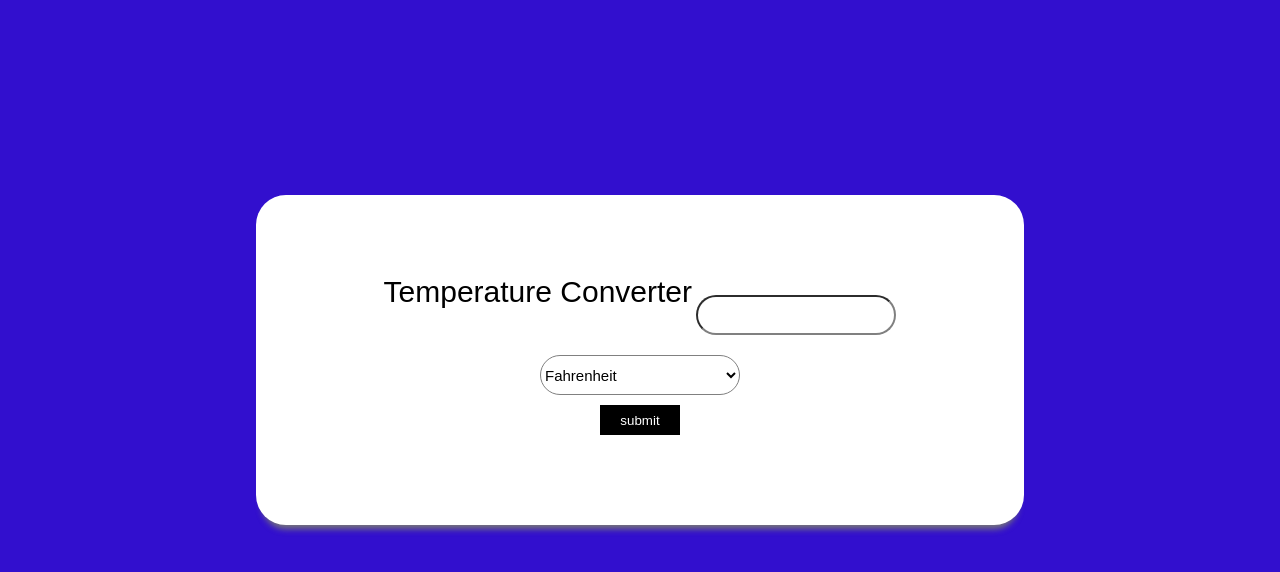
Repository: Mayur2905/OIBSIP
Page: Task-4/index.html
An editor plug-in stored every save of this project. The page is shown before and after the next save, followed by the edit.
The browser window is 1280 px wide. The pictures show the whole page.

Above is the page before, as saved 2022-02-03 23:27:32.

### Task-4/index.html
<!DOCTYPE html>
<html lang="en">
<head>
    <meta charset="UTF-8">
    <meta http-equiv="X-UA-Compatible" content="IE=edge">
    <meta name="viewport" content="width=device-width, initial-scale=1.0">
    <title>Document</title>
    <link rel="stylesheet" href="style.css">
</head>
<body>
    <script type="text/javascript">
        function convert(){
            const temp = document.getElementById('temp').value;
            const ty = document.getElementById('type').value;
            if(ty == 'fah' )
            {
                var f = (temp*1.8)+32;
                document.getElementById('result').innerHTML=`= ${f}°Fahrenheit`;
            }
            else{
                var f= (temp*1) + 273.15;
                document.getElementById('result').innerHTML=`= ${f}°Kelvin`;
            }


        }
    </script>
    <form id="tempCalc" onsubmit="convert(); return false">
        <label for="temp">Temperature Converter</label>
        <input type="text" name="temp" id="temp">
        <select name="temp_diff" id="type">
            <option value="fah">Fahrenheit</option>
            <option value="Kel">Kelvin</option>
        </select><br/>
        <input id="btn" type="submit" value="submit" name="temp">
        <div id="result"></div>
    </form>
</body>
</html>

### Task-4/style.css
* {
  margin: 0;
  padding: 0;
  box-sizing: border-box;
  font-family: "Mulish", sans-serif;
}

body {
  width: 100vw;
  height: 100vh;
  background-color: #320fce;
  display: grid;
  align-items: center;
}

form {
  background-color: #ffffff;
  padding: 80px;
  width: 60%;
  margin: 100px auto;
  text-align: center;
  box-shadow: 0 10px 6px -6px #777;
  border-radius: 30px;
}

#tempCalc label {
  font-size: 30px;
}

#temp {
  border-color: grey;
  border-radius: 20px;
  padding: 10px;
  height: 40px;
  width: 200px;
  font-size: 20px;
  margin-top: 20px;
  vertical-align: top;
}

#type {
  height: 40px;
  border-color: gray;
  border-radius: 20px;
  margin-top: 20px;
  font-size: 15px;
  height: 40px;
  width: 200px;
  vertical-align: top;
  background-color: #ffffff;
}

#btn {
  background-color: black;
  height: 30px;
  width: 80px;
  color: white;
  margin: 10px;
  border: none;
}
#result {
  font-size: 15px;
  font-weight: 600;
}

After the next save:
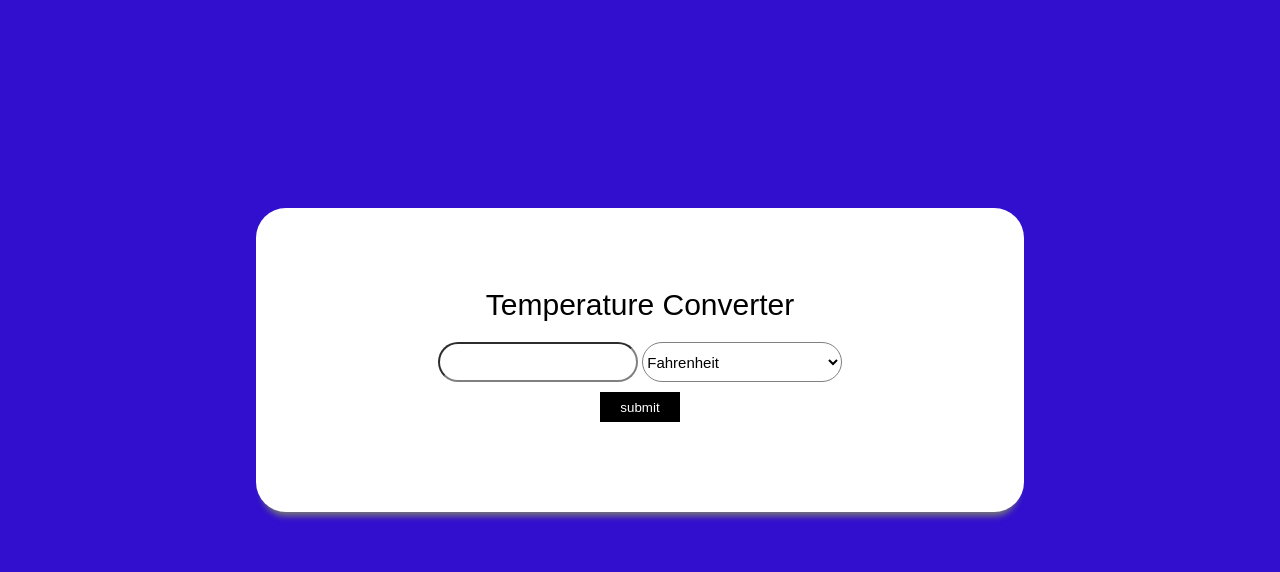
Saved 14 s later.
--- a/Task-4/index.html
+++ b/Task-4/index.html
@@ -26,7 +26,7 @@
         }
     </script>
     <form id="tempCalc" onsubmit="convert(); return false">
-        <label for="temp">Temperature Converter</label>
+        <label for="temp">Temperature Converter</label><br/>
         <input type="text" name="temp" id="temp">
         <select name="temp_diff" id="type">
             <option value="fah">Fahrenheit</option>
